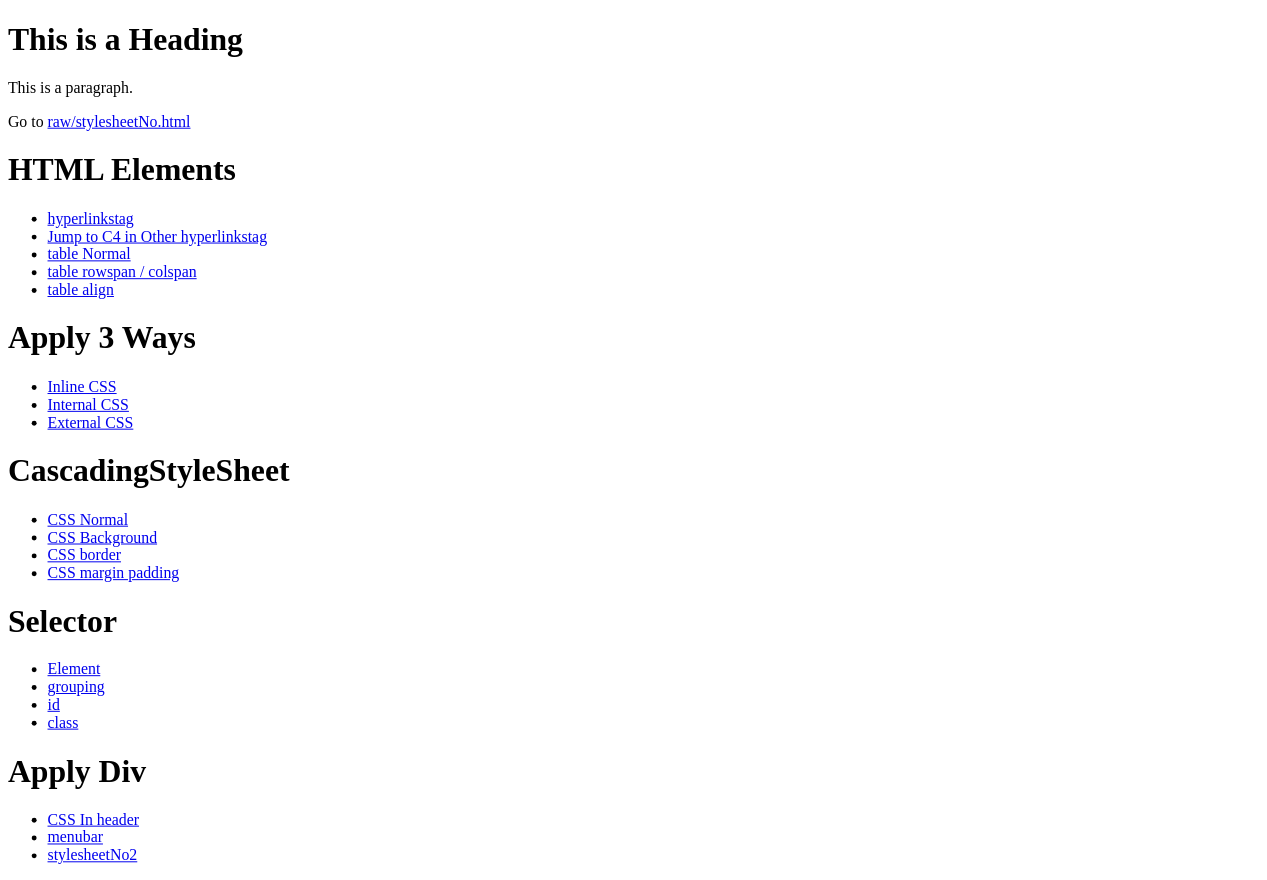
Repository: SanghunOh/learn_publising
Page: HtmlCss/WebContent/index.html
These files come from the project's save history. The page is drawn as it stood at one moment and after the next save; the edit follows.
The browser window is 1280 px wide. The pictures show the whole page, at 99% of full size.

Above is the page before, as saved 2018-05-07 02:49:44.

### HtmlCss/WebContent/index.html
<!DOCTYPE html>
<!-- HTML5 -->
<html>
<head>
<meta charset="UTF-8">
<title>Home</title>
</head>
<body>
	<h1>This is a Heading</h1>
	<p>This is a paragraph.</p>

	<p>Go to <a href="multiple/stylesheetNo.html">raw/stylesheetNo.html</a></p>

	<h1>HTML Elements</h1>
	<ul>
		<li><a href="htmlelements/hyperlinkstag.html">hyperlinkstag</a></li>
		<li><a href="htmlelements/hyperlinkstag.html#C4">Jump to C4 in Other hyperlinkstag</a></li>
		<li><a href="htmlelements/table_normal.html">table Normal</a></li>
		<li><a href="htmlelements/table_rowcolspan.html">table rowspan / colspan</a></li>
		<li><a href="htmlelements/table_align.html">table align</a></li>
	</ul>

	<h1>Apply 3 Ways</h1>
	<ul>
		<li><a href="3waysCSS/inline.html">Inline CSS</a></li>
		<li><a href="3waysCSS/internal.html">Internal CSS</a></li>
		<li><a href="3waysCSS/external.html">External CSS</a></li>
	</ul>

	<h1>CascadingStyleSheet</h1>
	<ul>
		<li><a href="CascadingStyleSheet/css_normal.html">CSS Normal</a></li>
		<li><a href="CascadingStyleSheet/css_background.html">CSS Background</a></li>
		<li><a href="CascadingStyleSheet/css_border.html">CSS border</a></li>
		<li><a href="CascadingStyleSheet/css_marginpadding.html">CSS margin padding</a></li>
	</ul>

	<h1>Selector</h1>
	<ul>
		<li><a href="selector/element.html">Element</a></li>
		<li><a href="selector/grouping.html">grouping</a></li>
		<li><a href="selector/id.html">id</a></li>
		<li><a href="selector/class.html">class</a></li>
	</ul>

	<h1>Apply Div</h1>
	<ul>
		<li><a href="applyDiv/cssinheader.html">CSS In header</a></li>
		<li><a href="applyDiv/menubar.html">menubar</a></li>
		<li><a href="applyDiv/stylesheetNo2.html">stylesheetNo2</a></li>
	</ul>

</body>
</html>

After the next save:
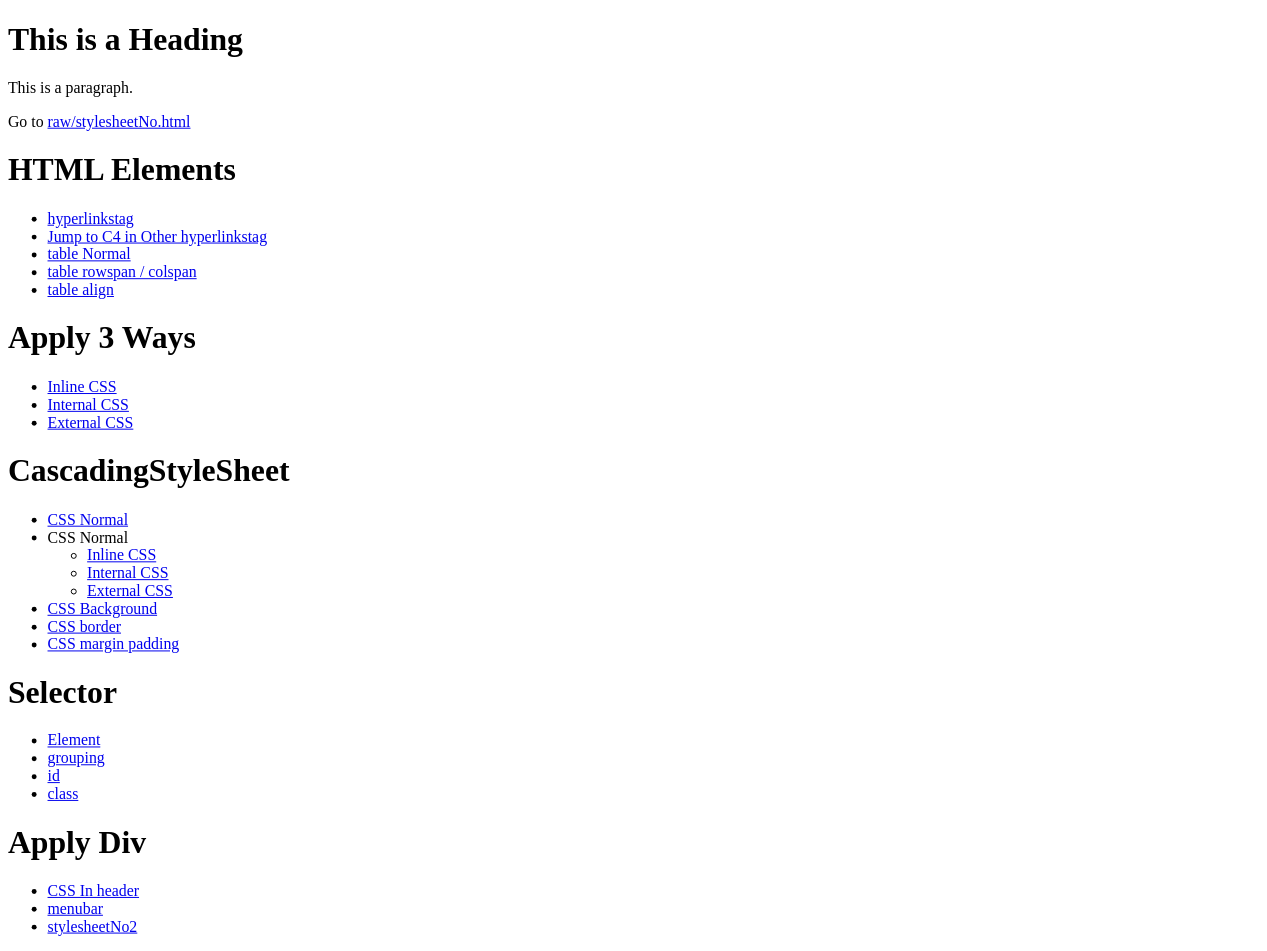
Saved 2 min 52 s later.
--- a/HtmlCss/WebContent/index.html
+++ b/HtmlCss/WebContent/index.html
@@ -9,14 +9,18 @@
 	<h1>This is a Heading</h1>
 	<p>This is a paragraph.</p>
 
-	<p>Go to <a href="multiple/stylesheetNo.html">raw/stylesheetNo.html</a></p>
+	<p>
+		Go to <a href="multiple/stylesheetNo.html">raw/stylesheetNo.html</a>
+	</p>
 
 	<h1>HTML Elements</h1>
 	<ul>
 		<li><a href="htmlelements/hyperlinkstag.html">hyperlinkstag</a></li>
-		<li><a href="htmlelements/hyperlinkstag.html#C4">Jump to C4 in Other hyperlinkstag</a></li>
+		<li><a href="htmlelements/hyperlinkstag.html#C4">Jump to C4
+				in Other hyperlinkstag</a></li>
 		<li><a href="htmlelements/table_normal.html">table Normal</a></li>
-		<li><a href="htmlelements/table_rowcolspan.html">table rowspan / colspan</a></li>
+		<li><a href="htmlelements/table_rowcolspan.html">table
+				rowspan / colspan</a></li>
 		<li><a href="htmlelements/table_align.html">table align</a></li>
 	</ul>
 
@@ -30,9 +34,18 @@
 	<h1>CascadingStyleSheet</h1>
 	<ul>
 		<li><a href="CascadingStyleSheet/css_normal.html">CSS Normal</a></li>
-		<li><a href="CascadingStyleSheet/css_background.html">CSS Background</a></li>
+		<li>CSS Normal
+			<ul>
+				<li><a href="3waysCSS/inline.html">Inline CSS</a></li>
+				<li><a href="3waysCSS/internal.html">Internal CSS</a></li>
+				<li><a href="3waysCSS/external.html">External CSS</a></li>
+			</ul>
+		</li>
+		<li><a href="CascadingStyleSheet/css_background.html">CSS
+				Background</a></li>
 		<li><a href="CascadingStyleSheet/css_border.html">CSS border</a></li>
-		<li><a href="CascadingStyleSheet/css_marginpadding.html">CSS margin padding</a></li>
+		<li><a href="CascadingStyleSheet/css_marginpadding.html">CSS
+				margin padding</a></li>
 	</ul>
 
 	<h1>Selector</h1>
